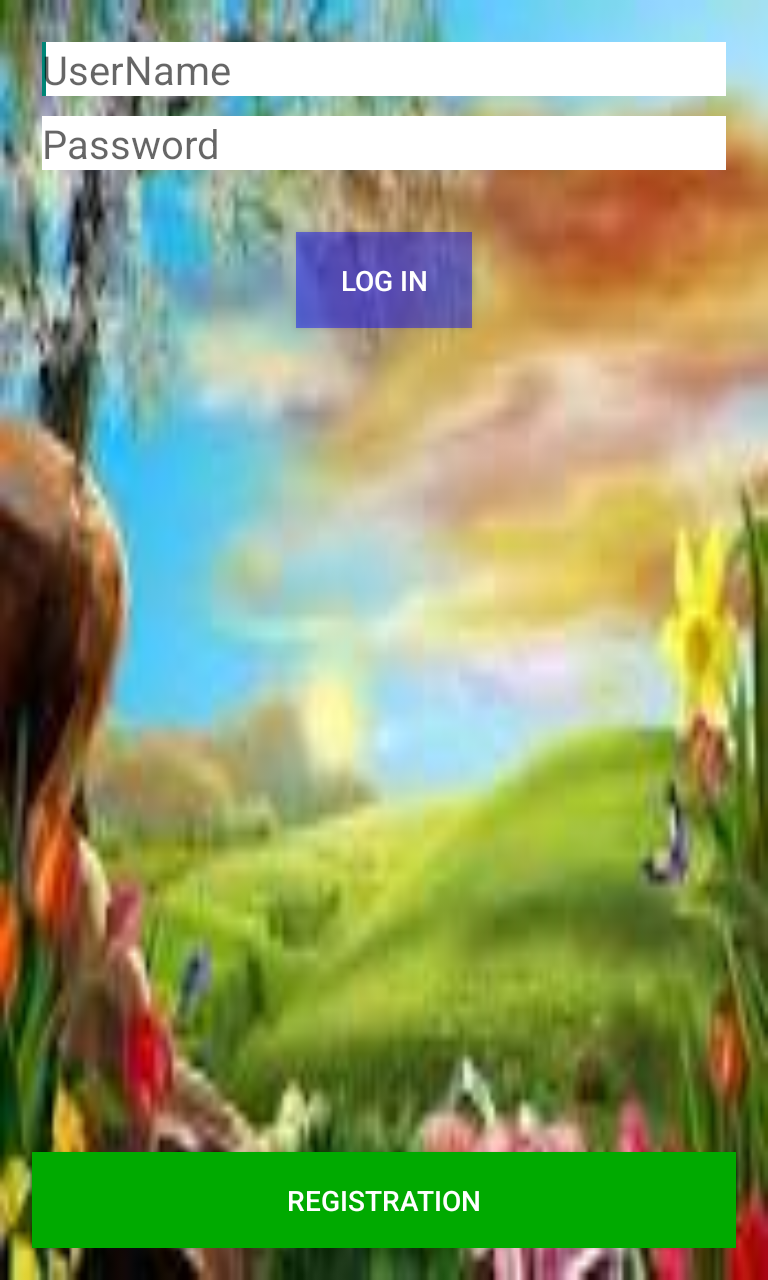
Repository: HarithaAmmuHari/Database
Layout: Database/res/layout/activity_login.xml
An editor plug-in stored every save of this project. The layout is shown before and after the next save, followed by the edit.
It is drawn on a 768 x 1280 px phone screen (xhdpi) without system bars, with theme AppTheme; the app's code is not run.

Above is the layout before, as saved 2015-05-12 05:52:05.

### Database/res/layout/activity_login.xml
<RelativeLayout xmlns:android="http://schemas.android.com/apk/res/android"
    xmlns:tools="http://schemas.android.com/tools"
    android:layout_width="match_parent"
    android:layout_height="match_parent"
    android:paddingBottom="@dimen/activity_vertical_margin"
    android:paddingLeft="@dimen/activity_horizontal_margin"
    android:paddingRight="@dimen/activity_horizontal_margin"
    android:paddingTop="@dimen/activity_vertical_margin"
    tools:context="com.example.database.LoginActivity"
    android:background="@drawable/download">

    <EditText
        android:id="@+id/editUser"
        android:layout_width="match_parent"
        android:layout_height="wrap_content"
        android:layout_margin="5dp"
        android:background="#fff"
        android:ems="10"
        android:hint="UserName"
        android:inputType="textEmailAddress"
        android:textSize="20sp" >

        <requestFocus />
    </EditText>

    <EditText
        android:id="@+id/editPass"
        android:layout_width="match_parent"
        android:layout_height="wrap_content"
        android:layout_below="@+id/editUser"
        android:layout_margin="5dp"
        android:background="#fff"
        android:ems="10"
        android:hint="Password"
        android:inputType="textPassword"
        android:textSize="20sp" />

    <Button
        android:id="@+id/button2"
        android:layout_width="match_parent"
        android:layout_height="wrap_content"
        android:layout_alignParentBottom="true"
        android:background="#00aa00"
        android:text="Registration"
        android:textColor="#ffffff"
        android:onClick="registerNewUser"/>

    <Button
        android:id="@+id/button1"
        android:layout_below="@+id/editPass"
        android:layout_width="wrap_content"
        android:layout_height="wrap_content"
        android:layout_centerHorizontal="true"
        android:layout_marginTop="26dp"
        android:background="#700000ff"
        android:text="Log in"
        android:onClick="loginUser"
        android:textColor="#ffffff" />

</RelativeLayout>

Loaded but not shown: Database/res/values/styles.xml (common file); Database/res/values-v11/styles.xml (common file); Database/res/values-v14/styles.xml (common file); Database/res/values/dimens.xml (common file); Database/res/values-w820dp/dimens.xml (common file)

After the next save:
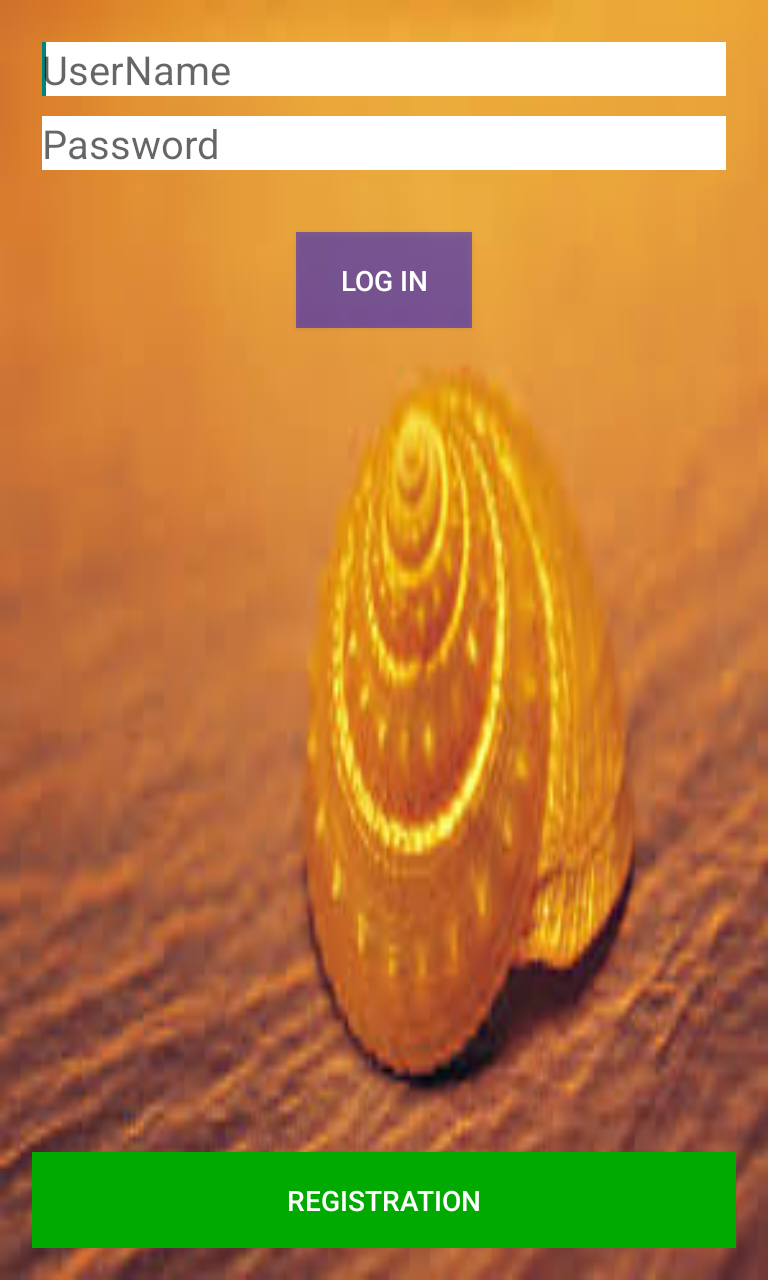
Saved 52 s later.
--- a/Database/res/layout/activity_login.xml
+++ b/Database/res/layout/activity_login.xml
@@ -7,7 +7,7 @@
     android:paddingRight="@dimen/activity_horizontal_margin"
     android:paddingTop="@dimen/activity_vertical_margin"
     tools:context="com.example.database.LoginActivity"
-    android:background="@drawable/download">
+    android:background="@drawable/shell">
 
     <EditText
         android:id="@+id/editUser"
